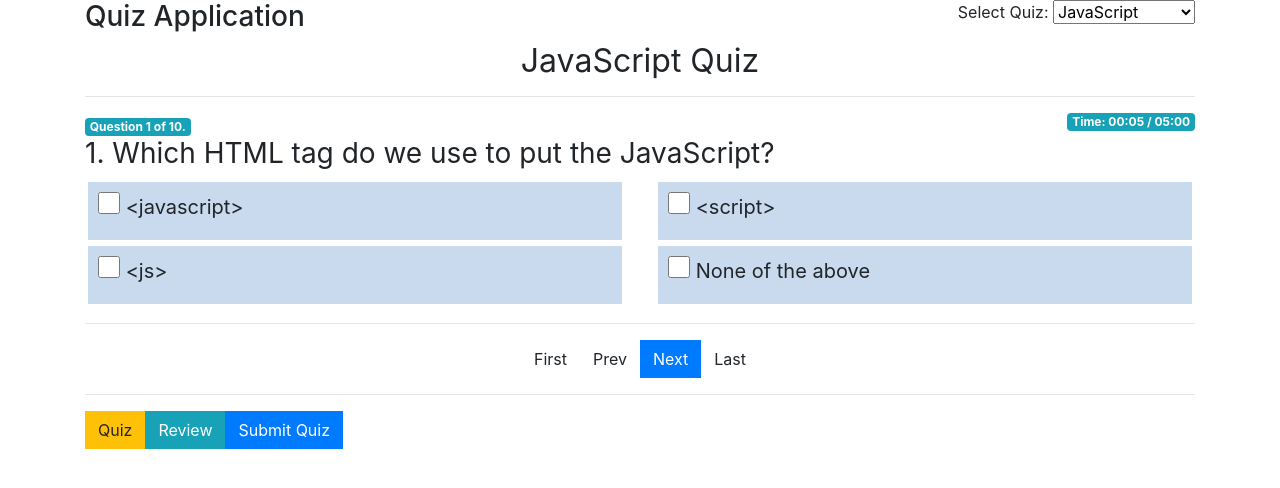
Repository: 2016272041/Online-Ass-Test1-
Page: /
An editor plug-in stored every save of this project. The page is shown before and after the next save, followed by the edit.
The browser window is 1280 px wide. The pictures show the whole page.
The project was rebuilt for these pictures with package versions that can differ from the ones it lists, and the page was loaded fresh each time. Also part of the build but not shown: angular.json.

Above is the page before, as saved 2019-07-23 14:46:28.

After the next save:
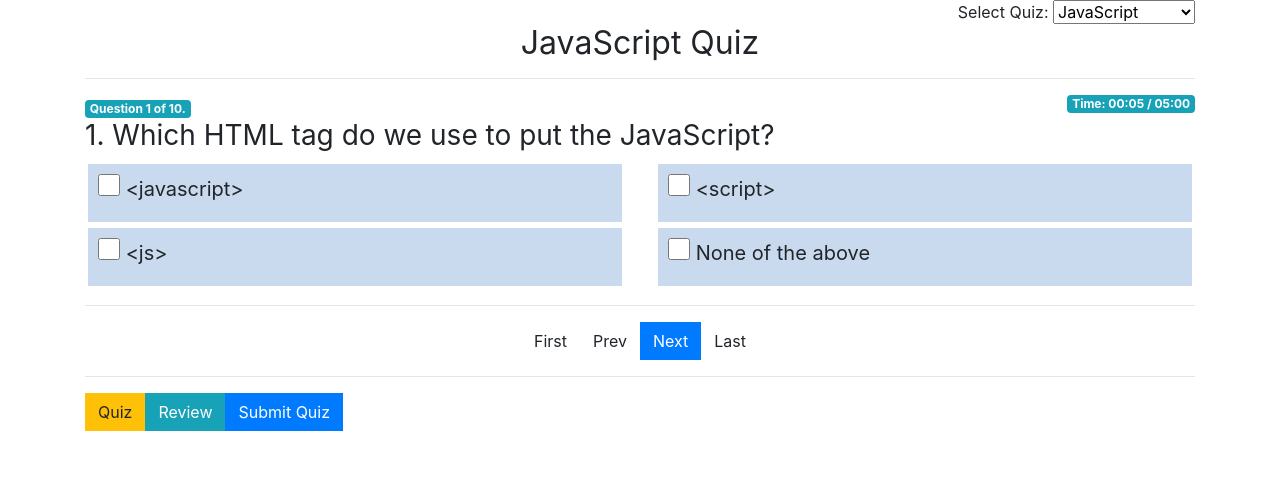
Saved 45 min 51 s later.
--- a/src/app/quiz/quiz.component.html
+++ b/src/app/quiz/quiz.component.html
@@ -1,6 +1,6 @@
 <div class="row">
   <div class="col-6">
-    <h3>Quiz Application</h3>
+    <h3></h3>
   </div>
   <div class="col-6 text-right">
     Select Quiz:

After the save that followed:
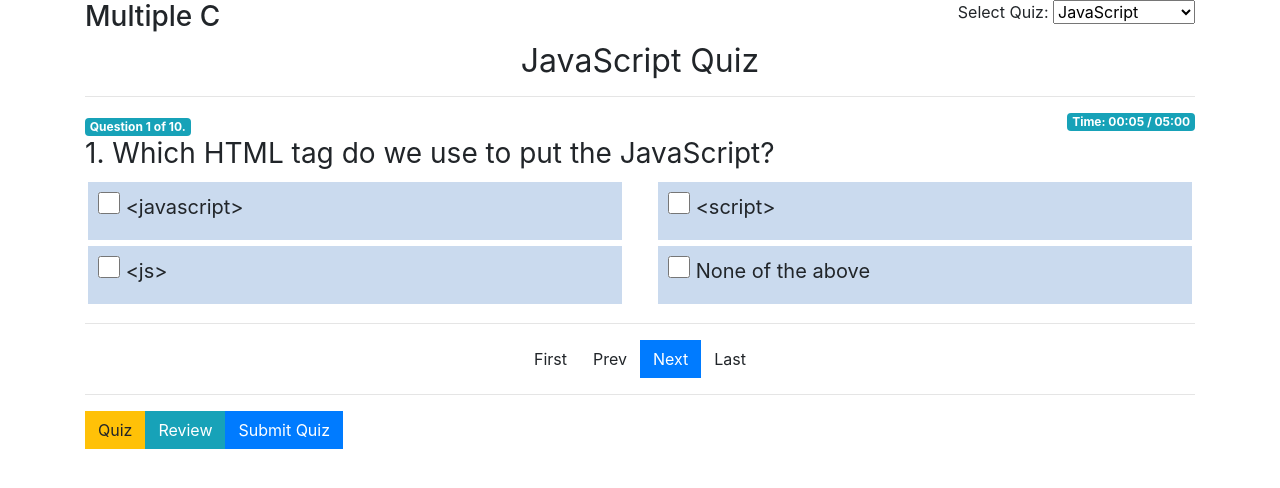
Saved 10 s later.
--- a/src/app/quiz/quiz.component.html
+++ b/src/app/quiz/quiz.component.html
@@ -1,6 +1,6 @@
 <div class="row">
   <div class="col-6">
-    <h3></h3>
+    <h3>Multiple C</h3>
   </div>
   <div class="col-6 text-right">
     Select Quiz:
